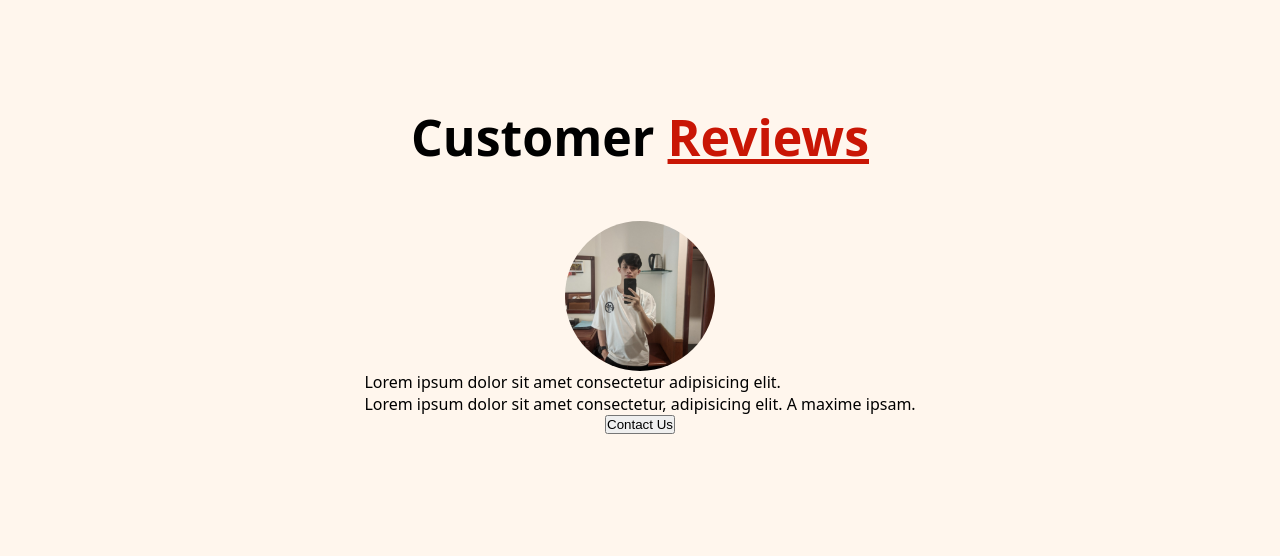
Repository: duc-thanh-2303/food
Page: index.html
The author's editor kept a copy of each file at every save. The page is drawn from the files as they stood at one save, then again after the next save.
The browser window is 1280 px wide. The pictures show the part of the page from y = 2121 to 2677 px (the page is 2677 px tall).
A picture or video elsewhere on the page could not be fetched, so the positions and the page height are approximate.

Above is the page before, as saved 2022-11-29 16:09:20.

### index.html
<!DOCTYPE html>
<html lang="en">
<head>
    <meta charset="UTF-8">
    <meta http-equiv="X-UA-Compatible" content="IE=edge">
    <meta name="viewport" content="width=device-width, initial-scale=1.0">
    <title>Food</title>

    <link rel="stylesheet" href="./css/main.css">
    <link rel="stylesheet" href="./css/header.css">
    <link rel="stylesheet" href="./css/wrap.css">
    <link rel="stylesheet" href="./css/footer.css">
</head>
<body>

    <!-- header -->
    <header id="header">
        <img src="./img/burger.png" alt="" class="header__img">
        <div class="header__menu">
            <p>ORDER MENU</p>
            <p>CONTACT US</p>
        </div>
    </header>

    <!-- content -->
    <div id="wrap-content">

        <div class="title">
            <div class="title__name">
                <p class="title__name-first">TRY OUR NEW</p>
                <p class="title__name-second">YUMMY! BEEF BURGER</p>
                <span>hungry? let's meat up</span>
                <button class="title__name-btn">ORDER HERE!</button>
            </div>
            <img src="./img/main.png" alt="" class="title__img">
        </div>

        <div class="menu">
            <h1>OUR <span class="menu__title">MENU</span></h1>
            <div class="menu__section">
                <div class="menu__section__box">
                    <img src="./img/qc__1.png" alt="" class="menu__section__box__img">
                    <h3>CHEEZ BURGER</h3>
                    <p>Lorem ipsum dolor sit, amet consectetur adipisicing elit. Placeat ipsam debitis voluptate enim.</p>
                </div>

                <div class="menu__section__box">
                    <img src="./img/qc__2.png" alt="" class="menu__section__box__img">
                    <h3>CHEEZ BURGER</h3>
                    <p>Lorem ipsum dolor sit, amet consectetur adipisicing elit. Placeat ipsam debitis voluptate enim.</p>
                </div>

                <div class="menu__section__box">
                    <img src="./img/qc__1.png" alt="" class="menu__section__box__img">
                    <h3>CHEEZ BURGER</h3>
                    <p>Lorem ipsum dolor sit, amet consectetur adipisicing elit. Placeat ipsam debitis voluptate enim.</p>
                </div>

                <div class="menu__section__box">
                    <img src="./img/qc__2.png" alt="" class="menu__section__box__img">
                    <h3>CHEEZ BURGER</h3>
                    <p>Lorem ipsum dolor sit, amet consectetur adipisicing elit. Placeat ipsam debitis voluptate enim.</p>
                </div>
            </div>
        </div>

        <div class="combo">
            <h1 class="combo__title">SPECIAL CAMBO PACK</h1>
            <p class="combo__infor">Dady Burger, Fries & Soft Drink</p>
            <img src="./img/combo.png" alt="" class="combo__img">
        </div>

        <div class="customer">
            <h1 class="customer__name">Customer <span>Reviews</span></h1>
            <img src="./img/z3869192479946_b16734736fdfa61bce0daaa9820a2c93.jpg" class="customer__img" alt="">
            <div class="customer__infor">
                <p>Lorem ipsum dolor sit amet consectetur adipisicing elit.</p>
                <p>Lorem ipsum dolor sit amet consectetur, adipisicing elit. A maxime ipsam.</p>
            </div>
            <button class="customer__btn">Contact Us</button>
        </div>
    </div>

    <!-- footer -->
    <footer id="footer">

    </footer>

    <script type="module" src="https://unpkg.com/ionicons@5.5.2/dist/ionicons/ionicons.esm.js"></script>
    <script nomodule src="https://unpkg.com/ionicons@5.5.2/dist/ionicons/ionicons.js"></script>
</body>
</html>

### css/main.css
@import url('https://fonts.googleapis.com/css2?family=Roboto:wght@100;300;500;700&display=swap');

* {
    margin: 0;
    padding: 0;
    box-sizing: border-box;
}

html {
    scroll-behavior: smooth;
}

:root {
    --white: #FFF6ED;
    --yellow: #FF8803;
    --orance: #F76E00;
    --red: #C91605;
    --bg: #E9DBC7;
}

body {
    background-color: var(--white);
    font-family: system-ui, -apple-system, BlinkMacSystemFont, 'Segoe UI', Roboto, Oxygen, Ubuntu, Cantarell, 'Open Sans', 'Helvetica Neue', sans-serif;
}

### css/header.css
:root {
    --white: #FFF6ED;
    --yellow: #FF8803;
    --orance: #F76E00;
    --red: #C91605;
    --bg: #E9DBC7;
}

#header {
    display: flex;
    flex-direction: row;
    justify-content: space-between;
    margin-left: 50px;
    margin-right: 50px;
    margin-top: 10px;
}

.header__img {
    width: 75px;
    height: 75px;
    object-fit: cover;
    object-position: center;
}

.header__menu {
    display: flex;
    flex-direction: row;
    justify-content: center;
    align-items: center;
}

.header__menu p {
    margin-left: 5px;
    margin-right: 5px;
    font-weight: bold;
    font-size: 20px;
    cursor: pointer;
    transition: all 0.15s;
}

.header__menu p:hover{
    color: var(--red);
    text-decoration: underline;
}

### css/wrap.css
:root {
    --white: #FFF6ED;
    --yellow: #FF8803;
    --orance: #F76E00;
    --red: #C91605;
    --bg: #E9DBC7;
}

#wrap-content {
    margin-left: 50px;
    margin-right: 50px;
}

.title {
    display: flex;
    flex-direction: row;
    justify-content: center;
    align-items: center;
    height: 80vh;
}

.title__img {
    width: 650px;
    height: 650px;
    object-fit: cover;
    object-position: center;
}

.title__name {
    display: flex;
    flex-direction: column;
    text-align: left;
    line-height: 1.2;
}

.title__name-first,
.title__name-second {
    font-size: 50px;
    font-weight: bold;
}

.title__name-second {
    color: var(--red);
}

.title__name > span {
    font-size: 15px;
}

.title__name-btn {
    margin-top: 10px;
    background-color: var(--orance);
    color: black;
    border: none;
    width: 200px;
    height: 40px;
    font-weight: bold;
    font-size: 25px;
    cursor: pointer;
    transition: all 0.3s;
}

.title__name-btn:hover {
    border-radius: 10px;
    background-color: var(--white);
    border: solid 2px var(--orance);
    color: var(--orance);
}

.menu {
    height: 100vh;
    display: flex;
    flex-direction: column;
    justify-content: center;
    align-items: center;
}

h1 {
    font-size: 50px;
}

.menu__title {
    color: var(--red);
    font-size: 50px;
    margin: 0 0 0 0;
}

.menu__section {
    display: flex;
    flex-direction: row;
}

.menu__section__box {
    display: flex;
    flex-direction: column;
    justify-content: center;
    align-items: center;
    width: 250px;
    height: auto;
    background-color: var(--bg);
    padding: 10px 20px 10px 20px;
    border-radius: 10px;
    margin: 90px 20px 0 20px ;
}

.menu__section__box__img {
    width: 180px;
    object-fit: cover;
    object-position: center;
}

h3 {
    color: var(--red);
    font-size: 20px;
}

.combo {
    display: flex;
    flex-direction: column;
    justify-content: center;
    align-items: center;
    height: 100vh;
}

.combo__title,
.combo__infor {
    color: var(--red);
}

.combo__img {
    width: 600px;
    object-fit: cover;
    object-position: center;
    margin: 50px 0 0 0;
}

.customer {
    display: flex;
    flex-direction: column;
    justify-content: center;
    align-items: center;
    height: 80vh;
}

.customer__name > span {
    color: var(--red);
    text-decoration: underline;
    margin: 0 0 0 0;
}

.customer__img {
    width: 150px;
    height: 150px;
    object-fit: cover;
    object-position: center;
    border-radius: 100rem;
    margin: 50px 0 0 0;
}

.customer > p {
    margin: 30px 0 0 0;
}

Loaded but not shown: css/footer.css (no stored copy; drawn as an empty file)

After the next save:
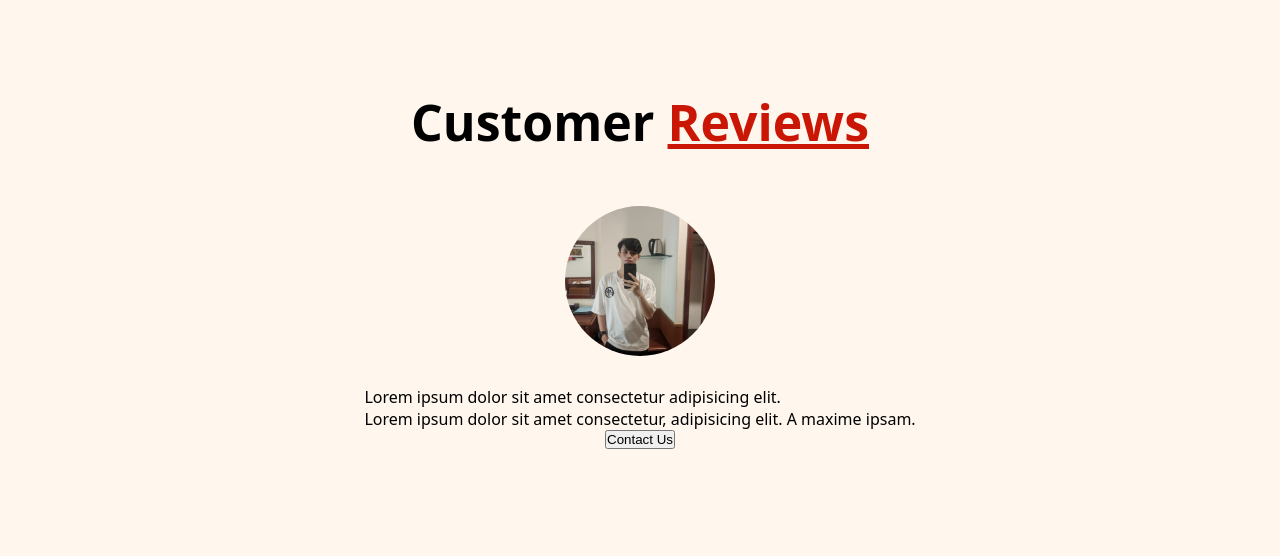
Saved 29 s later.
--- a/css/wrap.css
+++ b/css/wrap.css
@@ -157,6 +157,6 @@
     margin: 50px 0 0 0;
 }
 
-.customer > p {
+.customer__infor {
     margin: 30px 0 0 0;
 }
